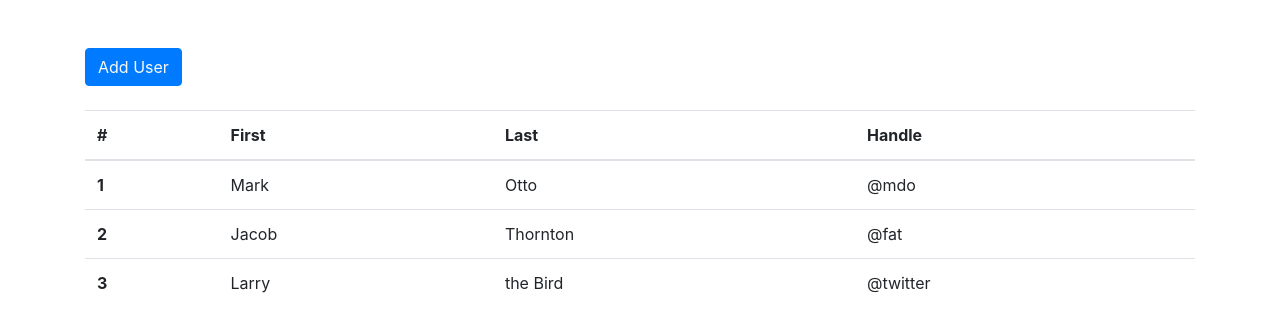
Repository: AMIT1439027/crud-app
Page: http://localhost/display.php
An editor plug-in stored every save of this project. The page is shown before and after a run of saves, followed by the edit.
The browser window is 1280 px wide. The pictures show the whole page.
The page is run by PHP 8.4 with error messages shown; the project is at /var/www/html/.

Above is the page before, as saved 2024-04-25 10:29:35.

After the next 2 saves:
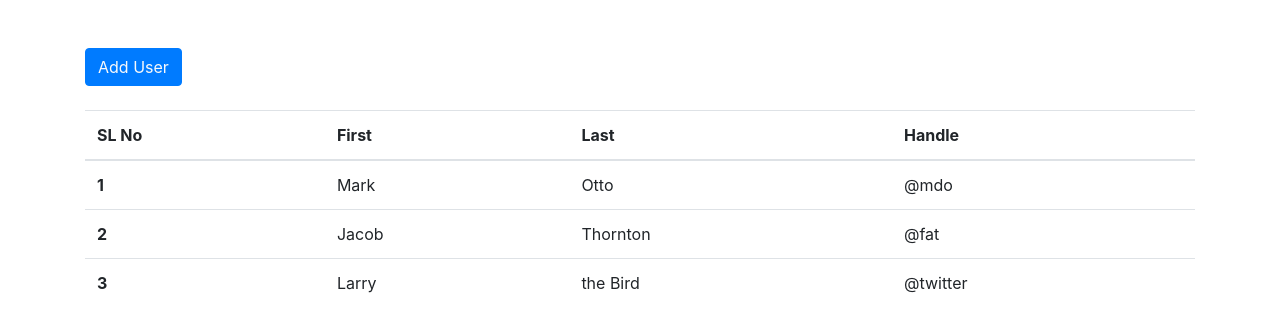
The 2 saves are shown as one change because they came seconds apart.
The last was saved 24 s later.
--- a/display.php
+++ b/display.php
@@ -20,7 +20,7 @@
     <table class="table">
   <thead>
     <tr>
-      <th scope="col">#</th>
+      <th scope="col">SL No</th>
       <th scope="col">First</th>
       <th scope="col">Last</th>
       <th scope="col">Handle</th>
